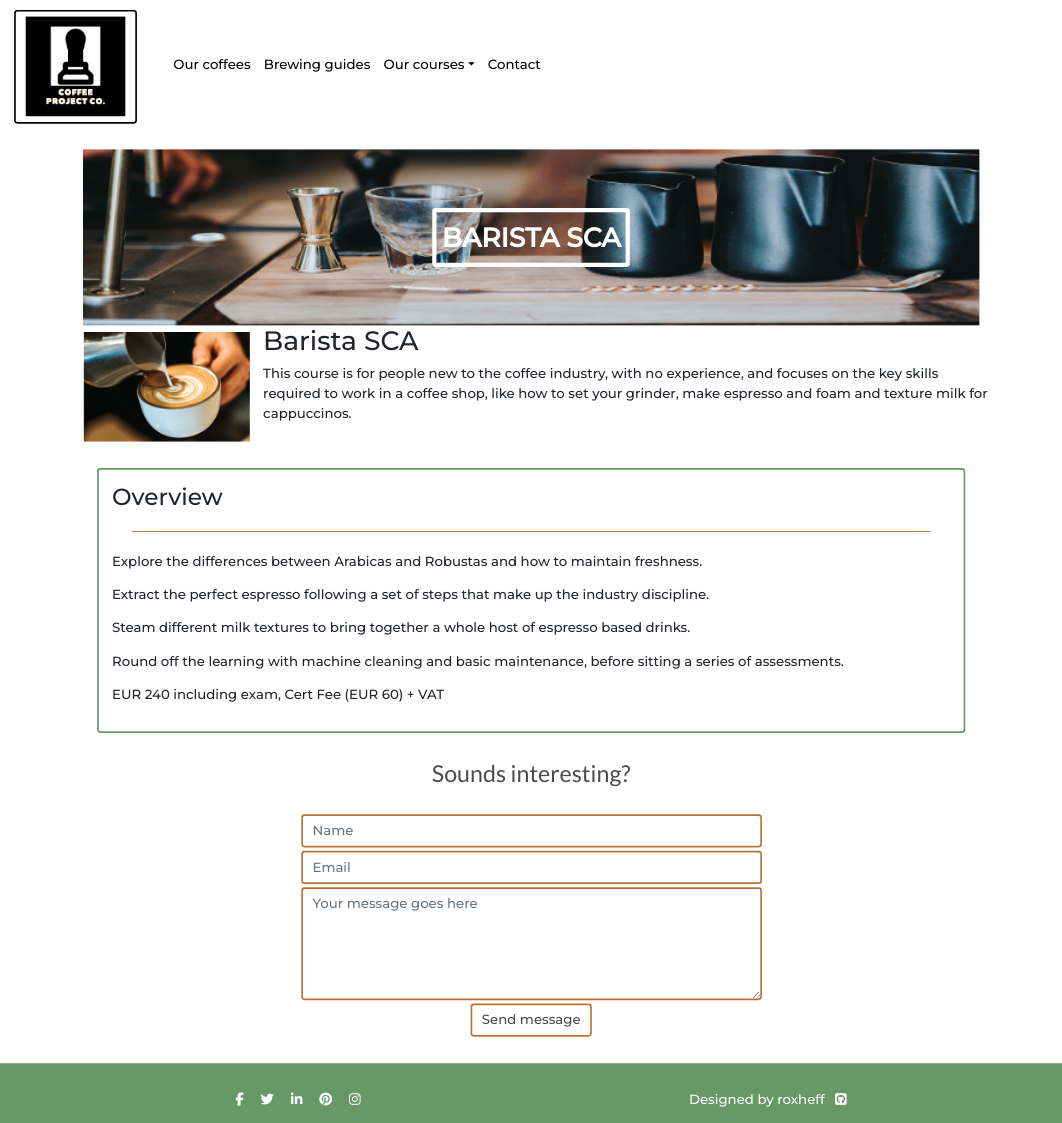
Repository: roxanahefferon/M1
Page: barista-sca.html
The author's editor kept a record of every edit. The page is drawn from the files as they stood at one moment, then again after the next edit.
The browser window is 1280 px wide. The pictures show the whole page, at 83% of full size.
Some web libraries are served in a nearby version.

Above is the page before.

After the next edit:
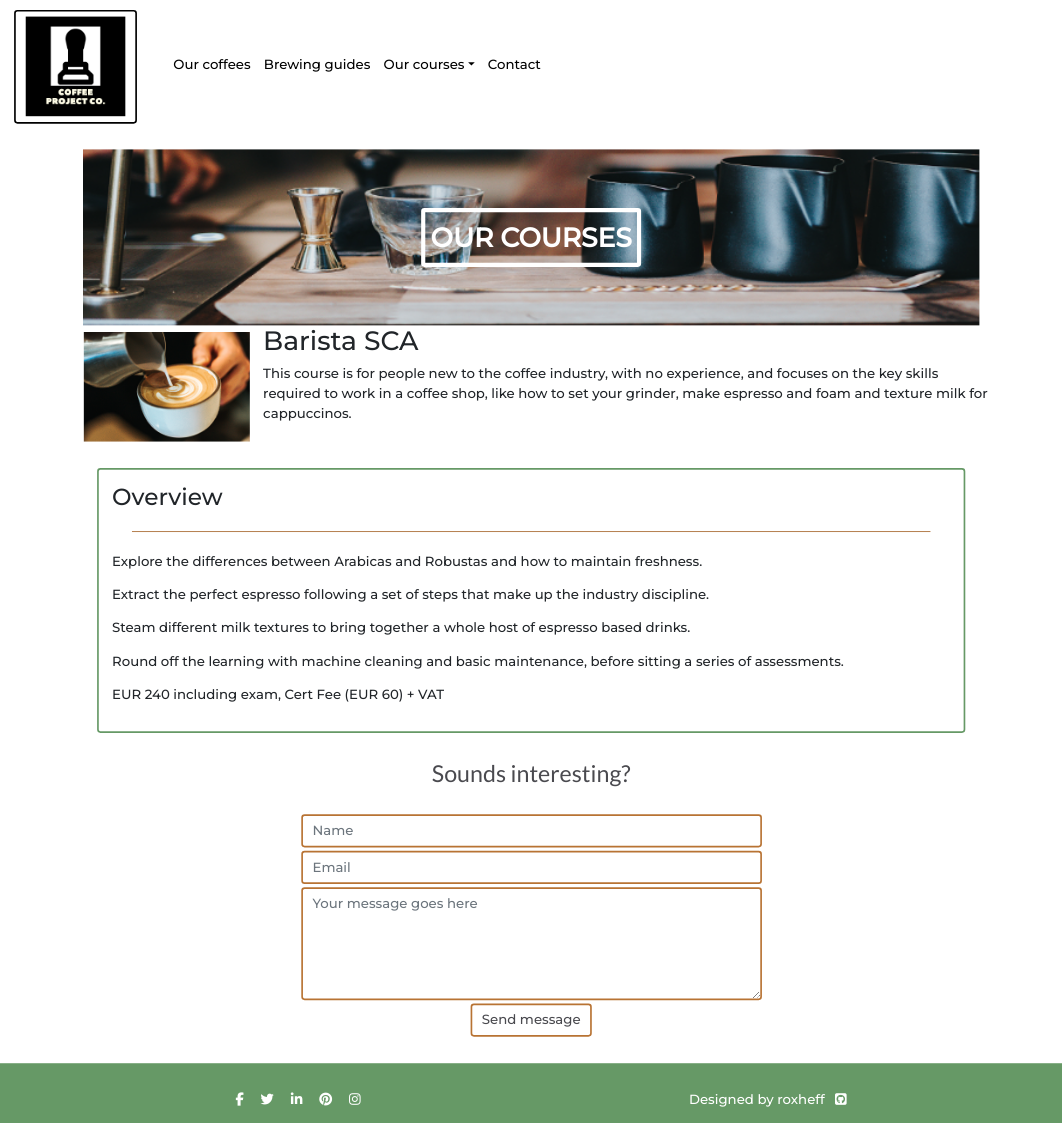
The edit:
--- a/barista-sca.html
+++ b/barista-sca.html
@@ -54,7 +54,7 @@
             <div class="row">
                 <div class="col">
                     <img src="./assets/images/our-courses.png" alt="roasted coffee beans image" width=100% height=auto>
-                    <p class="ph-landing">Barista SCA</p>
+                    <p class="ph-landing uppercase">our courses</p>
                 </div>
             </div>
         </div>
